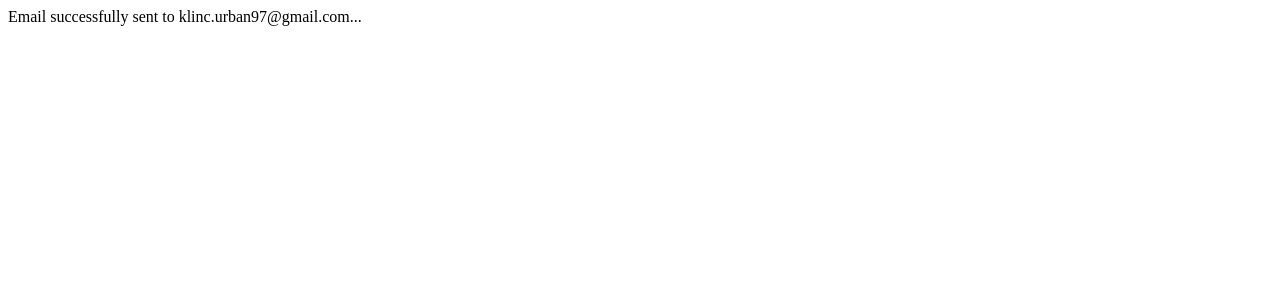
Repository: UrbyK/Felinae
Page: http://localhost/send-mail.php
These files come from the project's save history. The page is drawn as it stood at one moment and after the next save; the edit follows.
The browser window is 1280 px wide. The pictures show the whole page.
The page is run by PHP 8.4 with error messages shown; the project is at /var/www/html/.

Above is the page before, as saved 2020-09-13 21:10:18.

After the next save:
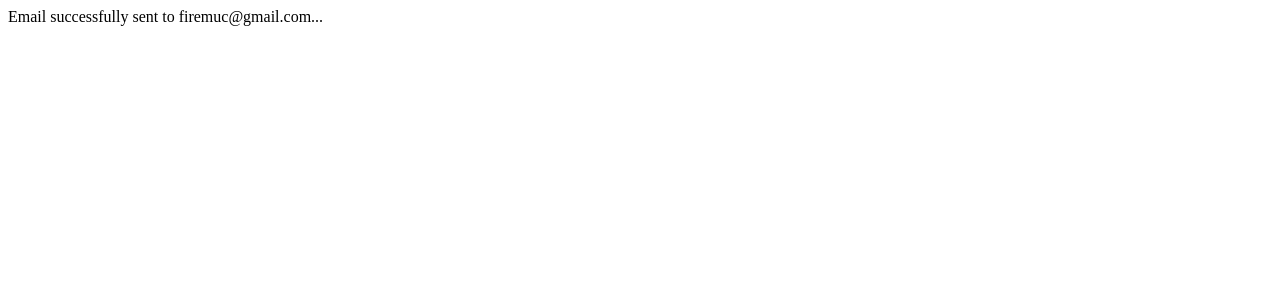
Saved 11 min 48 s later.
--- a/send-mail.php
+++ b/send-mail.php
@@ -1,5 +1,5 @@
 <?php
-$to_email = "klinc.urban97@gmail.com";
+$to_email = "firemuc@gmail.com";
 $subject = "Simple Email Test via PHP";
 $body = "Hi,nn This is test email send by PHP Script";
 $headers = "From: sender\'s email";

After the 3 saves that followed:
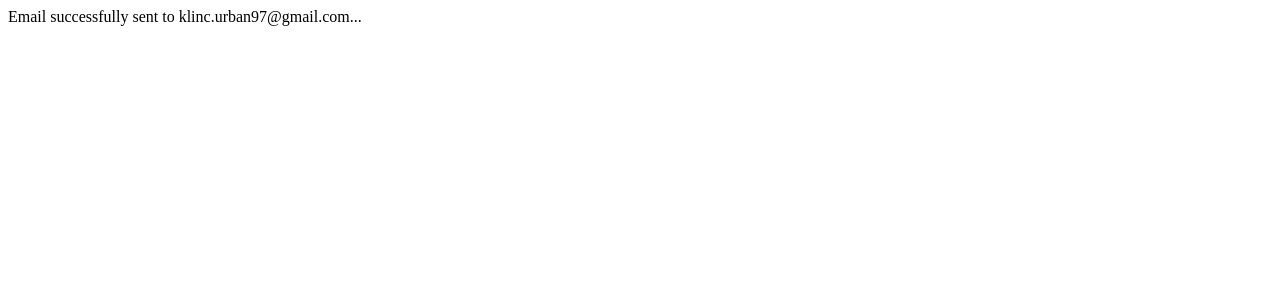
The 3 saves are shown as one change because 2 left the picture as it was.
The last was saved 12 min 41 s later.
--- a/send-mail.php
+++ b/send-mail.php
@@ -1,5 +1,9 @@
 <?php
-$to_email = "firemuc@gmail.com";
+ini_set('SMTP', "smtp.gmail.com");
+ini_set('smtp_port', "587");
+ini_set('sendmail_from', "firemuc@gmail.com");
+
+$to_email = "klinc.urban97@gmail.com";
 $subject = "Simple Email Test via PHP";
 $body = "Hi,nn This is test email send by PHP Script";
 $headers = "From: sender\'s email";
